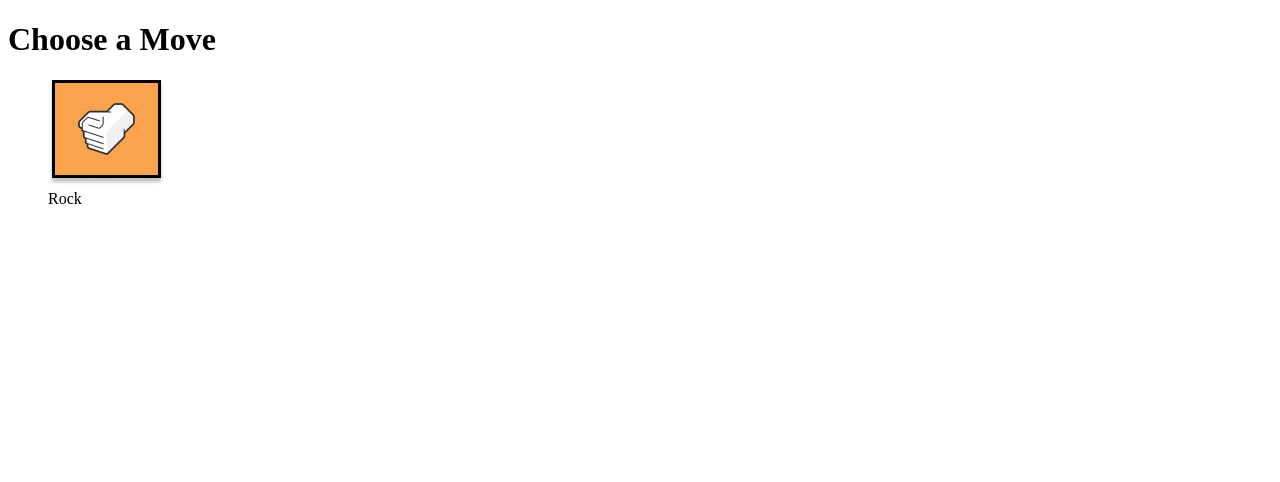
Repository: MikkyPrestige/rock-paper-scissors
Page: game.html
An editor plug-in stored every save of this project. The page is shown before and after the next save, followed by the edit.
The browser window is 1280 px wide. The pictures show the whole page.

Above is the page before, as saved 2023-05-08 06:14:29.

After the next save:
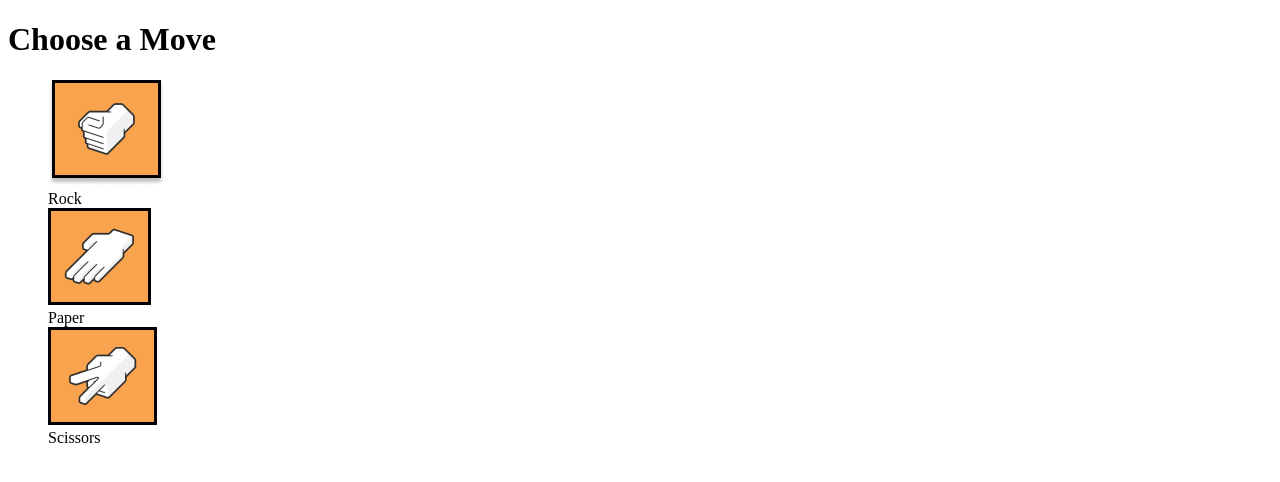
Saved 48 s later.
--- a/game.html
+++ b/game.html
@@ -12,7 +12,10 @@
     <figure>
       <img src="./img/rock.png" alt="Rock image" >
       <figcaption>Rock</figcaption>
-
+      <img src="./img/paper.png" alt="paper image" >
+      <figcaption>Paper</figcaption>
+      <img src="./img/scissors.png" alt="scissors image" >
+      <figcaption>Scissors</figcaption>
     </figure>
   </main>
 </body>
